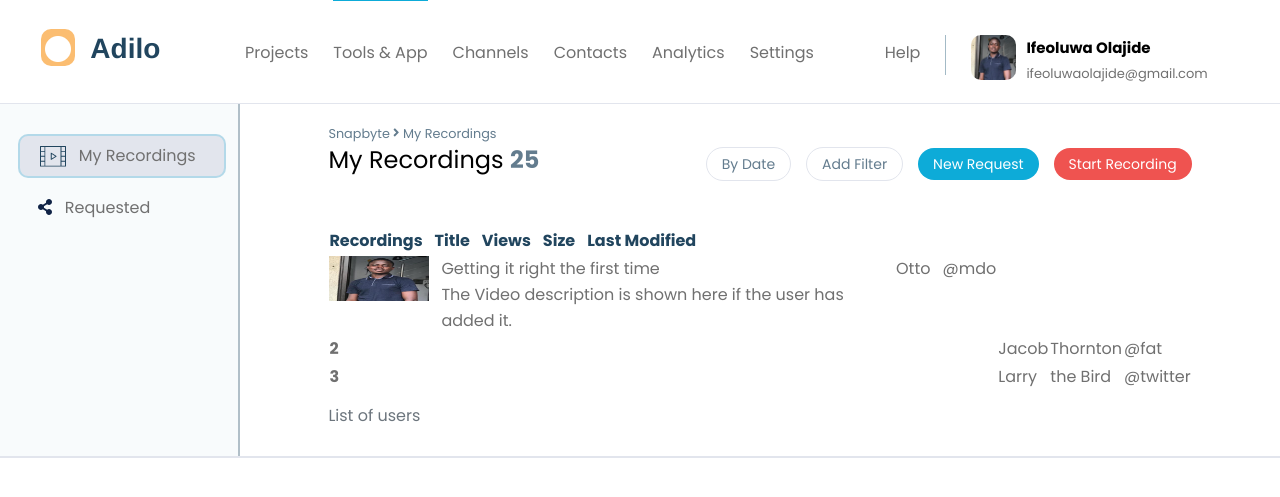
Repository: olhighjay/video_recorder
Page: /
The author's editor kept a copy of each file at every save. The page is drawn from the files as they stood at one save, then again after the next save.
The browser window is 1280 px wide. The pictures show the whole page.
Some web libraries are served in a nearby version. The project was rebuilt for these pictures with package versions that can differ from the ones it lists, and the page was loaded fresh each time. Also part of the build but not shown: vue.config.js.

Above is the page before, as saved 2022-07-29 06:16:18.

### public/index.html
<!DOCTYPE html>
<html lang="">
  <head>
    <meta charset="utf-8">
    <meta http-equiv="X-UA-Compatible" content="IE=edge">
    <meta name="viewport" content="width=device-width,initial-scale=1.0">
    <link rel="icon" href="<%= BASE_URL %>favicon.ico">
    <title><%= htmlWebpackPlugin.options.title %></title>
    <link rel="stylesheet" href="https://cdn.jsdelivr.net/npm/bootstrap@4.0.0/dist/css/bootstrap.min.css" integrity="sha384-Gn5384xqQ1aoWXA+058RXPxPg6fy4IWvTNh0E263XmFcJlSAwiGgFAW/dAiS6JXm" crossorigin="anonymous">
    <link rel="stylesheet" href="https://cdnjs.cloudflare.com/ajax/libs/font-awesome/5.1.0/css/all.css" integrity="sha512-ajhUYg8JAATDFejqbeN7KbF2zyPbbqz04dgOLyGcYEk/MJD3V+HJhJLKvJ2VVlqrr4PwHeGTTWxbI+8teA7snw==" crossorigin="anonymous" referrerpolicy="no-referrer" />
  </head>
  <body>
    <noscript>
      <strong>We're sorry but <%= htmlWebpackPlugin.options.title %> doesn't work properly without JavaScript enabled. Please enable it to continue.</strong>
    </noscript>
    <div id="app"></div>
    <!-- built files will be auto injected -->

    <script src="https://cdnjs.cloudflare.com/ajax/libs/font-awesome/5.1.0/js/all.js" integrity="sha512-vn7pO1RiR0IT5T9K+USTmMfkTaecOtFtCCV0JvT+j8ZPBujq6C3P5J2sHttG7D41pBPqLCih+7lIXamnFodtUw==" crossorigin="anonymous" referrerpolicy="no-referrer"></script>
    <script src="https://code.jquery.com/jquery-3.2.1.slim.min.js" integrity="sha384-KJ3o2DKtIkvYIK3UENzmM7KCkRr/rE9/Qpg6aAZGJwFDMVNA/GpGFF93hXpG5KkN" crossorigin="anonymous"></script>
<script src="https://cdn.jsdelivr.net/npm/popper.js@1.12.9/dist/umd/popper.min.js" integrity="sha384-ApNbgh9B+Y1QKtv3Rn7W3mgPxhU9K/ScQsAP7hUibX39j7fakFPskvXusvfa0b4Q" crossorigin="anonymous"></script>
<script src="https://cdn.jsdelivr.net/npm/bootstrap@4.0.0/dist/js/bootstrap.min.js" integrity="sha384-JZR6Spejh4U02d8jOt6vLEHfe/JQGiRRSQQxSfFWpi1MquVdAyjUar5+76PVCmYl" crossorigin="anonymous"></script>
  </body>
</html>

### src/App.vue
<template>
  <!-- <img alt="Vue logo" src="./assets/logo.png"> -->
  <div>
    <navbar></navbar>
    <div id="main-flex">
      <div class="my-sidebar">
        <ul class="my-sidebar-items">
            <li class="sidebar-item-active"> <img src="./assets/video-player.png" alt=""> &nbsp; My Recordings</li>
            <li> <i class="fa fa-share-alt" style="color:#102346"></i> &nbsp; Requested</li>
        </ul>
      </div>
        <div class="my-main">
          <div class="my-main-container">
            <div><small class="breadcrumbs">Snapbyte <i class="fa fa-angle-right" style="font-weight:200"></i> My Recordings</small></div>
            <div class="subheading-tab">
              <div> <span class="my-recordings">My Recordings </span><span class="my-recordings-count">25</span> </div>
              <div>
                <button class="sub-heading-btn white-btn">By Date</button>
                <button class="sub-heading-btn white-btn">Add Filter</button>
                <button class="sub-heading-btn blue-btn">New Request</button>
                <button class="sub-heading-btn red-btn">Start Recording</button>
              </div>
            </div>
            <!-- <div style="border: 1px dashed #A3BAC6; margin-top:30px;
              border-radius: 38px;
              opacity: 1; padding-top:105.9px; padding-bottom:68.5px">
              <p style="color: #000; font-size: 22px; text-align:center; font-weight:medium; margin-top:56px">Say hello to the world!</p>
              <p style="color: #637C8E; font-size: 14px; text-align:center;">Record your first video/audio and share it what your team, friends, <br />followers and customers.</p>
              <div class="text-center">
                <button class="sub-heading-btn red-btn">Start Recording</button>
                <button class="sub-heading-btn blue-btn">New Request</button>
              </div>
            </div>
            <div class="footer" style="margin-top:42px; margin-bottom: 140px">
              <div>

              </div>
              <div>
                <p style="font-size: 26px; color:#21455E">Want more controls & better <br />quality recording?</p>
                <button class="sub-heading-btn blue-btn">Download the desktop recorder</button>
              </div>
            </div> -->
            <div class="table-responsive-xl" style="margin-top:46.1px">
              <table class="">
  <caption>List of users</caption>
  <thead>
    <tr style="display:flex; gap:10px">
      <th scope="col" style="color:#21455E">Recordings</th>
      <th scope="col" style="color:#21455E">Title</th>
      <th scope="col" style="color:#21455E">Views</th>
      <th scope="col" style="color:#21455E">Size</th>
      <th scope="col" style="color:#21455E">Last Modified</th>
    </tr>
  </thead>
  <tbody>
    <tr style="display:flex; gap:10px">
      <td>
        <img alt="Profile Image" src="./assets/profile.jpg" style="width:100px; height:45px; border:10px">
      </td>
      <td >
        <span>Getting it right the first time </span> <br />
        <span>The Video description is shown here if the user has added it. </span>
      </td>
      <td>Otto</td>
      <td>@mdo</td>
    </tr>
    <tr>
      <th scope="row">2</th>
      <td>Jacob</td>
      <td>Thornton</td>
      <td>@fat</td>
    </tr>
    <tr>
      <th scope="row">3</th>
      <td>Larry</td>
      <td>the Bird</td>
      <td>@twitter</td>
    </tr>
  </tbody>
</table>
            </div>
          </div>
        </div>
    </div>
  </div>
</template>

<script>
// import HelloWorld from './components/HelloWorld.vue'
import Navbar from './layouts/Navbar.vue'

export default {
  name: 'App',
  components: {
    Navbar
  }
}
</script>


<style>
 @import url('https://fonts.googleapis.com/css2?family=Poppins:wght@400;500;700&display=swap');

#main-flex {
  display: flex;
  width: 100%;
}

.my-sidebar {
  flex: 0 0 240px;
  /* width: 20%; */
  /* height: 100%; */
  background-color: #ebf2f656;
  border-right: 2px solid #21455e54;
  /* border-right: 2px solid #21455E; */
  /* width:250px; */
}
.my-sidebar-items {
  list-style: none;
  padding: 20px 0;
}
.my-sidebar-items>li {
  margin : 10px 12px 10px 18px;
  padding: 7px 20px ;
}
.sidebar-item-active {
  background-color: #E2E5ED;
  border: 2px solid #0DABD838;
  border-radius: 10px;
}





.my-main {
  flex: 1;
  flex-wrap: wrap;
}
.my-main-container {
  padding: 1.5% 8.5%;
}
.subheading-tab {
  display: flex;
  justify-content: space-between;
}
.sub-heading-btn {
  padding: 3px 15px;
  border-radius: 20px;
  margin-left: 15px;
  font-size: 14px;
}
.white-btn {
  border: 1px solid #E2E5ED;
  background-color: white;
  color: #637C8E;
}
.blue-btn {
  border: none;
  background-color: #0DABD8;
  color: #fff;
}
.red-btn {
  border: none;
  background-color: #EF5350;
  color: #fff;
}
.my-recordings, .my-recordings-count {
  font-size: 24px;
  color: #000
}
.my-recordings {
  color: #000
}
.my-recordings-count {
  color: #637C8E;
  font-weight: 600;
}
.breadcrumbs {
  color:#637C8E;
}



#app {
  font-family: Avenir, Helvetica, Arial, sans-serif;
  font: normal normal normal 14px/26px Poppins;
  -webkit-font-smoothing: antialiased;
  -moz-osx-font-smoothing: grayscale;
   /* text-align: center; */
   font-size: 16px;
  color: #707070;
  border-bottom: solid 2px #E2E5ED;
  overflow: hidden;
  /* margin-top: 60px;  */
}


</style>

### src/layouts/Navbar.vue
<template>
    <nav class="">
      <div class="nav-logo-area">
        <div class="nav-logo-area-inner">
          <div class="white-logo-wrap">
            <span class="white-logo-bkg">
            <img alt="Adilo logo" src="../assets/swarm.png">
            </span>
          </div>
          <div class="adilo">Adilo</div>
        </div>
      </div>
      <div class="nav-tab">
        <ul class="my-nav-list">
          <li><a>Projects</a></li>
          <li class="active-nav-item"> <a>Tools & App</a></li>
          <li><a>Channels</a></li>
          <li><a>Contacts</a></li>
          <li><a>Analytics</a></li>
          <li><a>Settings</a></li>
        </ul>
      </div>
      <div class="nav-profile">
        <ul class="my-nav-list">
          <li><a>Help</a></li>
        </ul>
        <div class="profile-info">
          <div class="profile-border"></div>
          <div >
            <img alt="Profile Image" src="../assets/profile.jpg" class="profile-img">
          </div>
          <div style="margin-left:10px">
            <span class="profile-name">Ifeoluwa Olajide </span>
            <p class="profile-email">ifeoluwaolajide@gmail.com</p>
          </div>
        </div>
      </div>
    </nav>
</template>
<script>
export default {
    name: 'NavbarComponent'
}
</script>
<style>
     nav {
    display: flex;
    /* height: 69px; */
    padding: 0 0.032%;
    border-bottom: solid 1px #E2E5ED;
  }

  .nav-logo-area {
    flex: 0 0 16%;
    padding-left: 3.2%;
    padding-top: 19px;
    padding-bottom: 27px;
  }
  .nav-logo-area-inner {
    display: flex;
  }
  .nav-tab {
    flex: 0 0 50%;
  }
  .nav-profile {
    flex: 0 0 34%;
    display: flex;
  }
  .my-nav-list {
    list-style: none;
    padding-top: 40px;
  }
  .my-nav-list>li {
    display: inline;
    margin-right: 25px;
    padding-top: 40px;
  }
  .my-nav-list>li>a {
    text-align: left;
    /* font: normal normal normal 18px/27px Poppins; */
    letter-spacing: 0px;
    color: #707070;
    opacity: 1
  }
  .white-logo-wrap {
    padding-top:16px;
  }
  .white-logo-bkg {
    background-color:#FBBD71;
    padding:7px 4px;
    border-radius:10px;
  }
  .adilo {
    font: normal normal bold 28px/32px Helvetica;
    font-size:28px;
    margin-left:15px;
    font-weight:bold;
    color:#21455E;
    padding-top:14px;
  }
  .profile-info {
    padding-top:35px;
    display:flex;
  }
  .active-nav-item {
    border-top: 6px solid #0DABD8;
  }
  .profile-border {
    border-left: 1px solid #A3BAC6;
    padding-left:25px;
    height:40px;
  }
  .profile-img {
    width:45px; height: 45px;
    border-radius:10px;
  }
  .profile-name {
    font-weight:bold;
    font-size:15px;
    color:black;
  }
  .profile-email {
    font-size:13px;
  }
</style>

Loaded but not shown: src/main.js (common file)

After the next save:
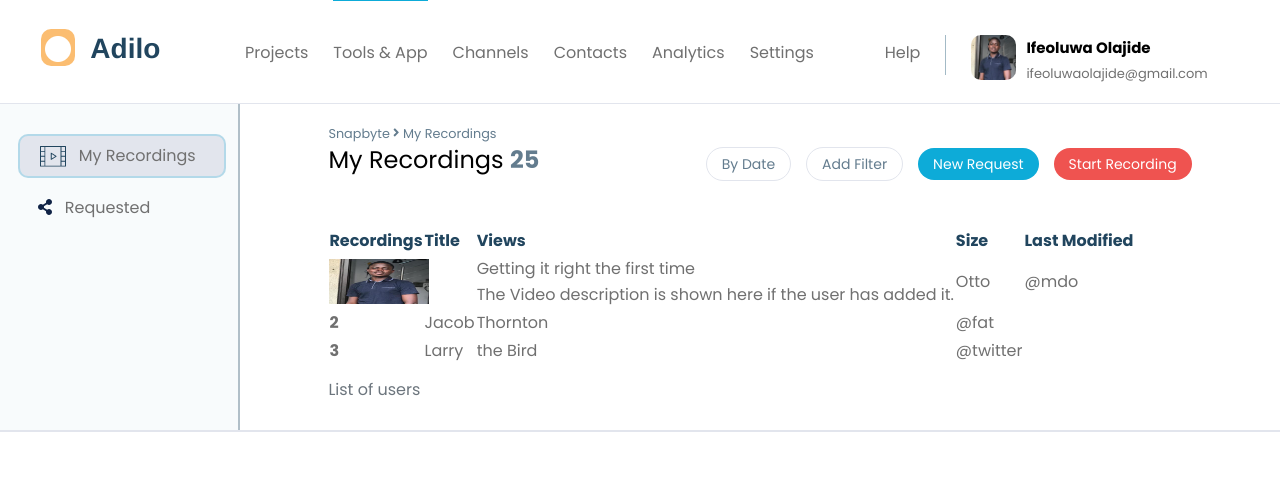
Saved 2 min 18 s later.
--- a/src/App.vue
+++ b/src/App.vue
@@ -44,7 +44,7 @@
               <table class="">
   <caption>List of users</caption>
   <thead>
-    <tr style="display:flex; gap:10px">
+    <tr >
       <th scope="col" style="color:#21455E">Recordings</th>
       <th scope="col" style="color:#21455E">Title</th>
       <th scope="col" style="color:#21455E">Views</th>
@@ -53,8 +53,8 @@
     </tr>
   </thead>
   <tbody>
-    <tr style="display:flex; gap:10px">
-      <td>
+    <tr>
+      <td colspan="2">
         <img alt="Profile Image" src="./assets/profile.jpg" style="width:100px; height:45px; border:10px">
       </td>
       <td >
